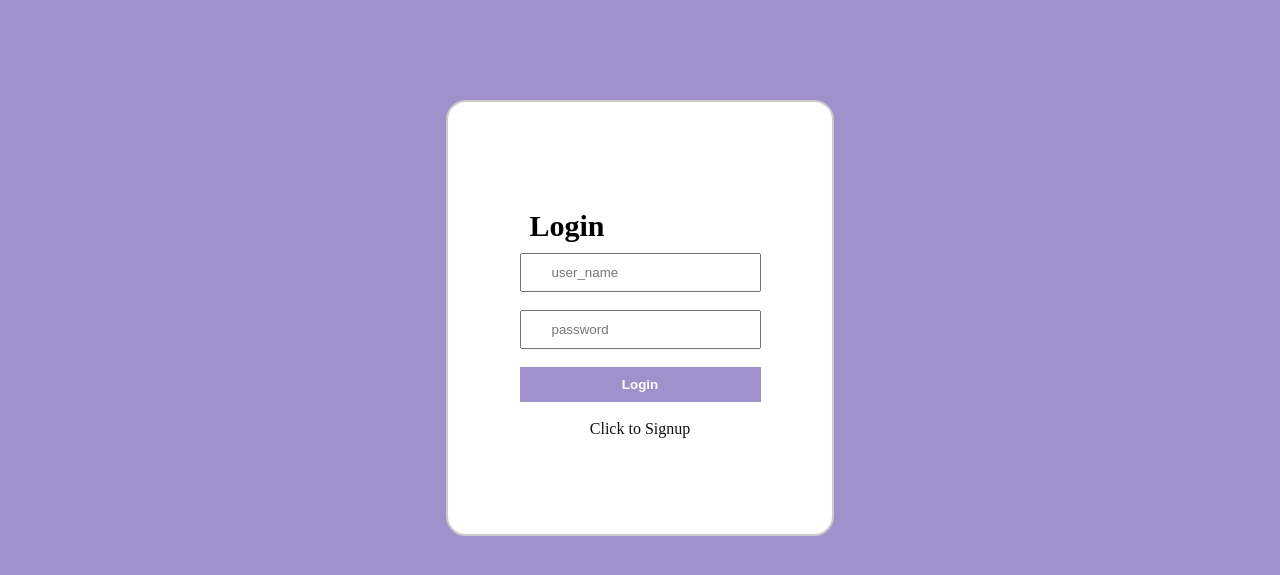
Repository: prathyushaa5/artgallery
Page: http://localhost/index/login.php
An editor plug-in stored every save of this project. The page is shown before and after the next save, followed by the edit.
The browser window is 1280 px wide. The pictures show the whole page.
The page is run by PHP 8.4 with error messages shown; the project is at /var/www/html/.

Above is the page before, as saved 2023-11-16 14:00:24.

### index/login.php
<?php
session_start();
include("connection.php");
include("functions.php");


if($_SERVER['REQUEST_METHOD']== "POST"){
 //something was posted

$user_name= $_POST['user_name'];
$password= $_POST['password'];
if(!empty($user_name)&& !empty($password)){
  //read from database;
  $user_id=random_num(10);
  $query="select * from users where user_name='$user_name' limit 1";
  $result=mysqli_query($con,$query);
  if($result){
    if($result && mysqli_num_rows($result)>0)
{
    $user_data=mysqli_fetch_assoc($result);
     if($user_data['password']==$password){
        $_SESSION['user_id']=$user_data['user_id'];
        header("Location: art.php");
        die;
     }
}
 }
 echo "Please enter valid username or password!";

}else{
 echo "Please enter valid username or password!";
}
}


?>

<!DOCTYPE html>
<html lang="en">
<head>
    <meta charset="UTF-8">
    <meta name="viewport" content="width=device-width, initial-scale=1.0">
    <title>Login</title>
    <link rel="stylesheet" href="../index/style.css">
</head>
<body>
    <div class="box">
    <form method="post">
        <div class="login">Login</div>
    <input type="text" name="user_name" id="user_name" placeholder="user_name"><br><br>
    <input type="password" name="password" id="password" placeholder="password"><br><br>
    <input type="submit" value="Login" id="button"><br><br>
    <a href="signup.php"> Click to Signup</a>
    </form>
    </div>
</body>
</html>

### index/connection.php
<?php

$dbhost="localhost";
$dbuser="root";
$dbpass="";
$dbname="artgallery";

if(!$con=mysqli_connect($dbhost,$dbuser,$dbpass,$dbname)){
  die("failed connection");
}

### index/functions.php
<?php


function check_login($con){

  if(isset($_SESSION['user_id'])){

    $id=$_SESSION['user_id'];
    $query="select * from users where user_id='$id' limit 1";
    $result=mysqli_query($con,$query);
    if($result&&mysqli_num_rows($result)>0){
       $user_data=mysqli_fetch_assoc($result);
       return $user_data;
    }
  }
  //redirect to login
  header("Location :login.php");
  die;
}

function random_num($length){
    $text="";
    if($length<5){
        $length=5;
    }
    $len=rand(4,$length);
    for($i=0;$i<$len;$i++){
        $text .=rand(0,9);

    }
    return $text;
}

### index/style.css
body{
    padding:0px;
    margin:0px;
    display:flex;
    justify-content:center;
    align-items:center;
    background-color:#9F91CC;
}
.login,.signup{
    margin:10px;
    font-size:30px;
    font-weight:bolder;
    text-align:left;


}
.box{
    width:30%;
    height:60vh;
    border:2px solid #ccc;
    margin:100px;
    display:flex;
    flex-direction:column;
    justify-content:center;
    align-items:center;
    border-radius:20px;
    background-color:#ffffff;
    text-align:center;
}
input{
    padding:10px 30px;
}
a{
    text-decoration:none;
    color:#111111;
}
#button{
    color:#ffffff;
    background-color:#9F91CC;
    border:none;
    font-weight:bolder;
    width:100%;

}
#button:hover{
    opacity:0.5;
}
a:hover{
    color:green;
}

After the next save:
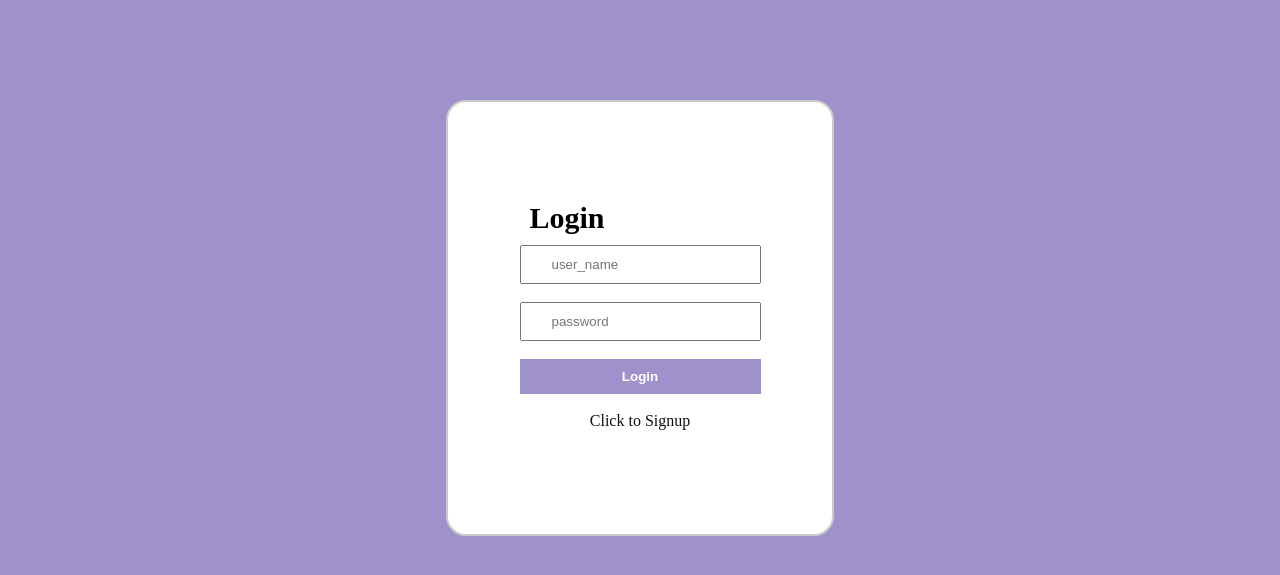
Saved 12 min 19 s later.
--- a/index/login.php
+++ b/index/login.php
@@ -25,10 +25,12 @@ if(!empty($user_name)&& !empty($password)){
      }
 }
  }
- echo "Please enter valid username or password!";
+ $message= "Please enter valid username or password!";
+ echo "updateDiv('$message')";
 
 }else{
- echo "Please enter valid username or password!";
+ $message= "Please enter valid username or password!";
+ echo "updateDiv('$message')";
 }
 }
 
@@ -51,7 +53,16 @@ if(!empty($user_name)&& !empty($password)){
     <input type="password" name="password" id="password" placeholder="password"><br><br>
     <input type="submit" value="Login" id="button"><br><br>
     <a href="signup.php"> Click to Signup</a>
+    <p id="result"> </p>
     </form>
     </div>
+
+    <script>
+    function updateDiv(content){
+        document.getElementById("result").innerHTML=content;
+    }
+
+    </script>
+
 </body>
 </html>
